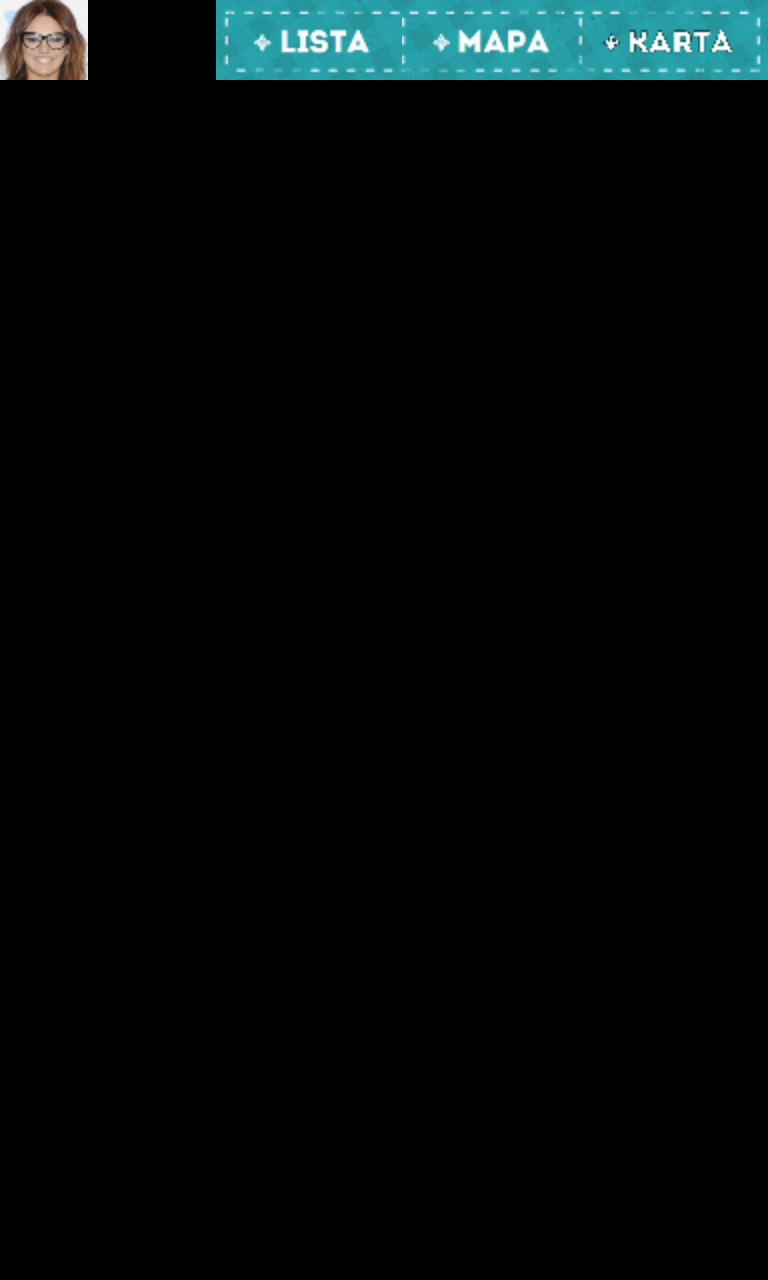
Repository: augkamil/snap_app
Layout: com.snap.QRcode/res/layout/header.xml
The author's editor kept a copy of each file at every save. The layout is drawn from the files as they stood at one save, then again after the next save.
It is drawn on a 768 x 1280 px phone screen (xhdpi) without system bars, with theme android:Theme.NoTitleBar; the app's code is not run.

Above is the layout before, as saved 2012-09-27 15:16:35.

### com.snap.QRcode/res/layout/header.xml
<merge xmlns:android="http://schemas.android.com/apk/res/android">
    <RelativeLayout
            android:id="@+id/header"
            android:layout_width="match_parent"
            android:layout_height="40dp"
            >

            <ImageButton
                android:id="@+id/user_photo_btn"
                android:src="@drawable/user_photo_btn_lq"
                android:layout_alignParentLeft="true"
                style="@style/actionBar"
                />
            <ImageButton
                android:id="@+id/list_btn"
                android:src="@drawable/list_btn_lq"
                android:layout_toLeftOf="@+id/map_btn"
                style="@style/actionBar"
                />
            <ImageButton
                android:id="@+id/map_btn"
                android:src="@drawable/map_btn_lq"
                android:layout_toLeftOf="@+id/card_btn"
                style="@style/actionBar"
                />
            <ImageButton
                android:id="@+id/card_btn"
                android:src="@drawable/card_btn_lq"
                android:layout_alignParentRight="true"
                style="@style/actionBar"
                />
        </RelativeLayout>
</merge>

### com.snap.QRcode/res/values/styles.xml
<?xml version="1.0" encoding="utf-8"?>
<resources>
    <style name="dashboard">
        <item name="android:numColumns">2</item>
    </style>
    <style name="button">
        <item name="android:layout_width">wrap_content</item>
        <item name="android:layout_height">wrap_content</item>
        <item name="android:gravity">center_vertical</item>
    </style>
    <style name="actionBar">
        <item name="android:layout_width">wrap_content</item>
        <item name="android:layout_height">fill_parent</item>
        <item name="android:background">@color/action_bar_color</item>
    </style>
</resources>

### com.snap.QRcode/res/values/colors.xml
<?xml version="1.0" encoding="utf-8"?>
<resources>
    <color name="background_color">#00834b</color>
    <color name="action_bar_color">#53413e</color>
    <color name="font_color">#FFFFFF</color>
    <color name="button_color">#00834b</color>
    <color name="white">#FFFFFF</color>
</resources>

After the next save:
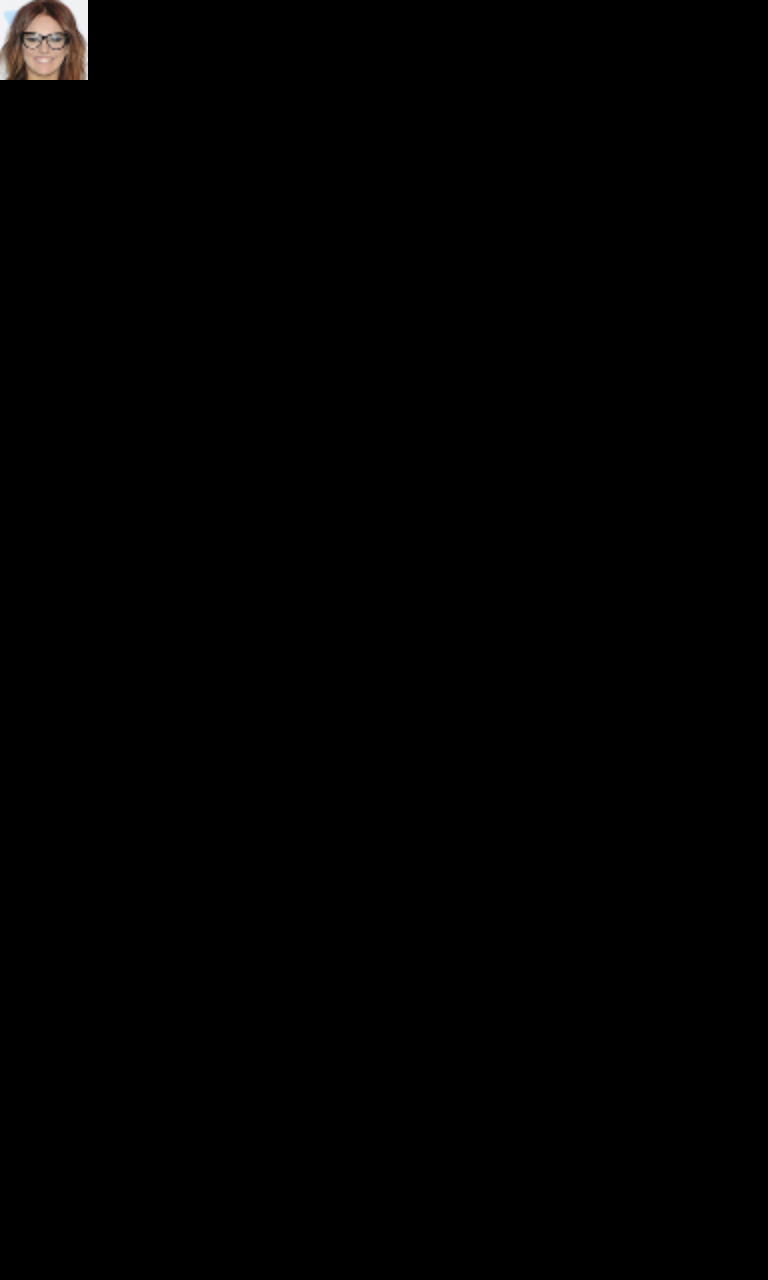
Saved 8 min 24 s later.
--- a/com.snap.QRcode/res/layout/header.xml
+++ b/com.snap.QRcode/res/layout/header.xml
@@ -13,19 +13,16 @@
                 />
             <ImageButton
                 android:id="@+id/list_btn"
-                android:src="@drawable/list_btn_lq"
                 android:layout_toLeftOf="@+id/map_btn"
                 style="@style/actionBar"
                 />
             <ImageButton
                 android:id="@+id/map_btn"
-                android:src="@drawable/map_btn_lq"
                 android:layout_toLeftOf="@+id/card_btn"
                 style="@style/actionBar"
                 />
             <ImageButton
                 android:id="@+id/card_btn"
-                android:src="@drawable/card_btn_lq"
                 android:layout_alignParentRight="true"
                 style="@style/actionBar"
                 />
